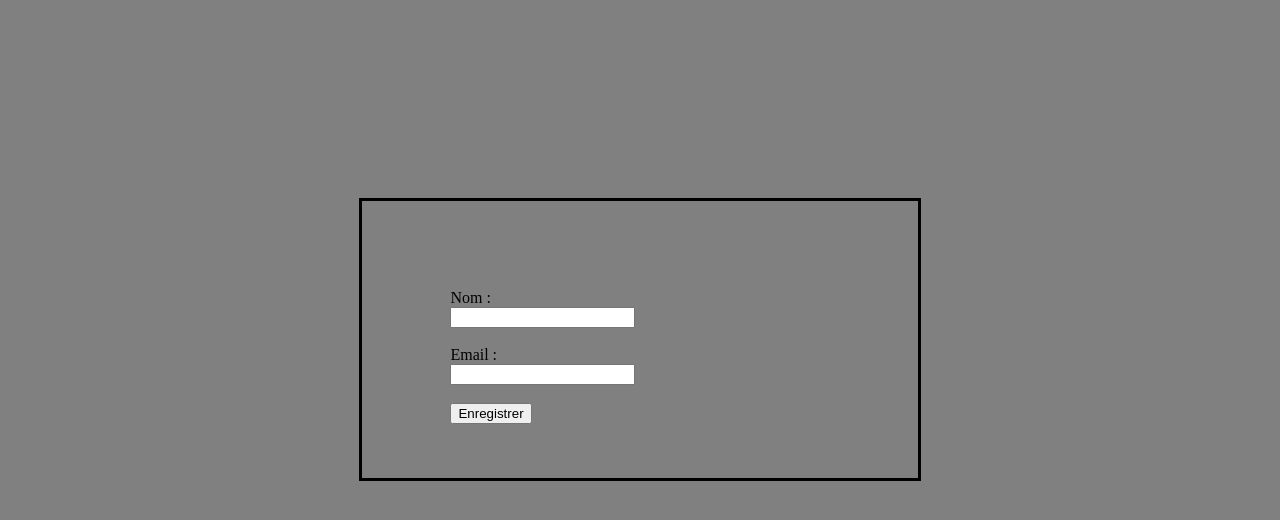
Repository: Haidara-97/TPJEE
Page: http://localhost/AppTest/
These files come from the project's save history. The page is drawn as it stood at one moment and after the next save; the edit follows.
The browser window is 1280 px wide. The pictures show the whole page.
The page is served by Tomcat 9.

Above is the page before, as saved 2025-06-18 14:13:00.

After the next save:
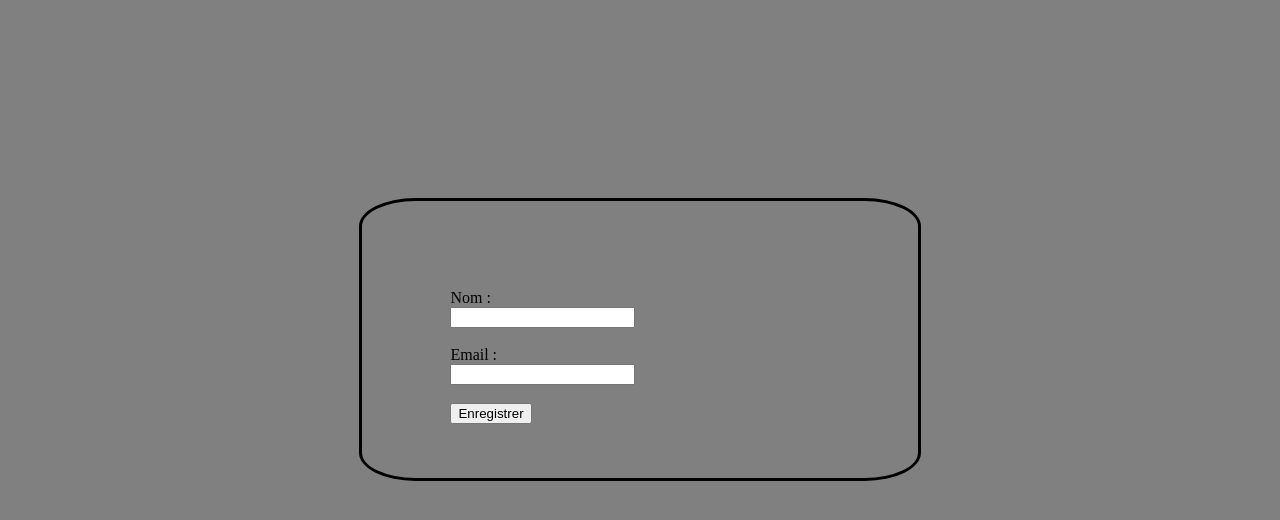
Saved 25 s later.
--- a/AppTest/src/main/webapp/index.jsp
+++ b/AppTest/src/main/webapp/index.jsp
@@ -18,7 +18,7 @@ border: solid;
 width:30%;
 height: 100px;
 padding:7%;
-border-raduis:10%;
+border-radius:10%;
 }
 </style>
 </head>
